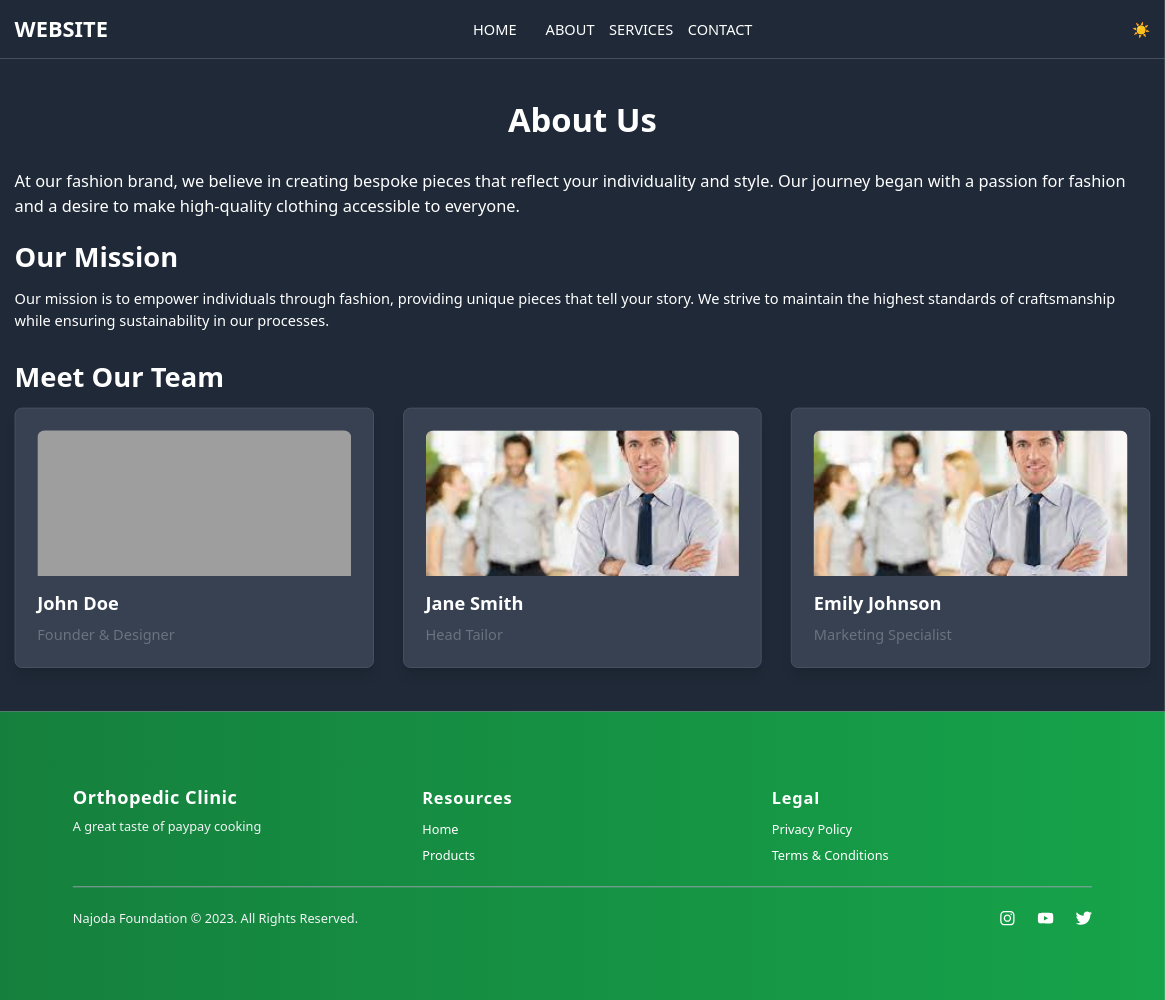
Repository: countaustin1990/file-C-Users-user-Documents-Final-20Cart
Page: /about (app in Documents/BXXXN/my-app/)
An editor plug-in stored every save of this project. The page is shown before and after the next save, followed by the edit.
The browser window is 1280 px wide. The pictures show the whole page, at 91% of full size.
Pictures or frames that could not be fetched are drawn as grey boxes. The project was rebuilt for these pictures with package versions that can differ from the ones it lists, and the page was loaded fresh each time. Also part of the build but not shown: Documents/BXXXN/my-app/vite.config.js, Documents/BXXXN/my-app/src/components/folder/HeroSection.test.jsx, Documents/BXXXN/my-app/src/components/horizontalscroll/style.css, Documents/BXXXN/my-app/src/components/horizontalscroll/HorizontalScroll.jsx, Documents/BXXXN/my-app/src/pages/home/Home.test.jsx, Documents/BXXXN/my-app/src/pages/contact/Contact.jsx, Documents/BXXXN/my-app/src/pages/services/Services.test.jsx.

Above is the page before, as saved 2024-10-31 23:37:42.

### Documents/BXXXN/my-app/src/App.jsx
import { BrowserRouter as Router, Routes, Route } from 'react-router-dom';
import Navbar from './components/navbar/Navbar.pro';
import Home from './pages/home/Home.test';
import Footer from './components/footer/Footer';
import { useEffect, useState } from 'react';
import Contact from './pages/contact/Contact';
import About from './pages/about/About';
import Services from './pages/services/Services.test';

const App = () => {
  const [theme, setTheme] = useState('dark');

  // Toggle theme function
  const toggleTheme = () => {
    const newTheme = theme === 'light' ? 'dark' : 'light';
    setTheme(newTheme);
    localStorage.setItem('theme', newTheme);
  };

  useEffect(() => {
    const savedTheme = localStorage.getItem('theme');
    if (savedTheme) {
      setTheme(savedTheme);
    } else {
      setTheme('dark'); // Default to dark mode
    }
  }, []);

  return (
    <Router>
      <Navbar toggleTheme={toggleTheme} theme={theme} />
      <Routes>
        <Route path="/home" element={<Home theme={theme} />} /> {/* Pass theme prop to Home */}
        {/* Add more routes as needed */}
        <Route path="/about" element={<About theme={theme} />} />
        <Route path="/services" element={<Services theme={theme} />} />
        <Route path="/contact" element={<Contact theme={theme} />} />
      </Routes>
      <Footer />
    </Router>
  );
};

export default App;

### Documents/BXXXN/my-app/src/index.css
@tailwind base;
@tailwind components;
@tailwind utilities;

/* Global Styles */
.app {
  transition: background-color 0.3s ease-in-out;
}

/* Light and Dark Mode Styles */
.light-mode {
  background-color: #f0f0f0;
  color: #000;
}

.dark-mode {
  background-color: #1e1e1e;
  color: #fff;
}

/* Hero Section */
.hero {
  display: flex;
  justify-content: center;
  align-items: center;
  height: 70svh;
  text-align: center;
}

.hero-content h1 {
  font-size: 2.5rem;
  margin-bottom: 1rem;
}

.hero-content p {
  font-size: 1.2rem;
  margin-bottom: 1.5rem;
}

.cta-button {
  padding: 0.75rem 1.5rem;
  font-size: 1rem;
  background-color: rgb(22 163 74);

  color: white;
  border: none;
  cursor: pointer;
  border-radius: 5px;
}

.cta-button:hover {
  background-color: #22923c;
}

/* Toggle Switch Styles */
.switch {
  position: relative;
  display: inline-block;
  width: 60px;
  height: 34px;
  margin-top: 20px;
}

.switch input {
  opacity: 0;
  width: 0;
  height: 0;
}

.slider {
  position: absolute;
  cursor: pointer;
  top: 0;
  left: 0;
  right: 0;
  bottom: 0;
  background-color: #ccc;
  transition: 0.4s;
  border-radius: 34px;
}

.slider:before {
  position: absolute;
  content: "";
  height: 26px;
  width: 26px;
  border-radius: 50%;
  left: 4px;
  bottom: 4px;
  background-color: white;
  transition: 0.4s;
}

input:checked + .slider {
  background-color: #5494de;
}

input:checked + .slider:before {
  transform: translateX(26px);
}

/* Decoration (Additional Styling) */
.decoration {
  position: absolute;
  right: 10px;
  top: 5px;
  width: 8px;
  height: 8px;
  background-color: yellow;
  border-radius: 50%;
  box-shadow: 0 0 5px 2px yellow;
}

### Documents/BXXXN/my-app/src/components/navbar/Navbar.pro.jsx
import PropTypes from 'prop-types';
import { useState } from 'react';
import { Link } from 'react-router-dom';

const Navbar = ({ theme, toggleTheme }) => {
  const [isMenuOpen, setIsMenuOpen] = useState(false);

  const handleMenuToggle = () => {
    setIsMenuOpen(!isMenuOpen);
  };

  return (
    <nav className={`navbar ${theme === 'light' ? 'bg-white text-black' : 'bg-gray-800 text-white'} transition-colors duration-300`}>
      <div className="container mx-auto flex justify-between items-center p-4">
        {/* Website Name */}
        <h1 className="text-2xl font-bold uppercase">Website</h1>

        {/* Links for Desktop */}
        <ul className="hidden md:flex space-x-4 uppercase">
          <li><Link to="home" className="hover:underline">Home</Link></li>
          <li><Link to="about" className="hover:underline">About</Link></li>
          <li><Link to="services" className="hover:underline">Services</Link></li>
          <li><Link to="contact" className="hover:underline">Contact</Link></li>
        </ul>

        {/* Theme Toggle Button */}
        <button onClick={toggleTheme} className="ml-4 toggle-theme" aria-label={`Switch to ${theme === 'light' ? 'dark' : 'light'} mode`}>
          {theme === 'light' ? '🌙' : '☀️'}
        </button>

        {/* Mobile Menu Button */}
        <button
          onClick={handleMenuToggle}
          className="block md:hidden focus:outline-none ml-4"
          aria-label="Toggle menu"
        >
          {isMenuOpen ? '✖' : '☰'} {/* Menu icon changes when clicked */}
        </button>
      </div>

      {/* Links for Mobile */}
      {isMenuOpen && (
        <ul className={`md:hidden p-4 space-y-2 ${theme === 'light' ? 'bg-white text-black' : 'bg-gray-800 text-white'}`}>
          <li><Link to="home" className="block">Home</Link></li>
          <li><Link to="about" className="block">About</Link></li>
          <li><Link to="services" className="block">Services</Link></li>
          <li><Link to="contact" className="block">Contact</Link></li>
        </ul>
      )}
    </nav>
  );
};

Navbar.propTypes = {
  theme: PropTypes.string.isRequired,
  toggleTheme: PropTypes.func.isRequired,
};

export default Navbar;

### Documents/BXXXN/my-app/src/components/footer/Footer.jsx
import { Link } from "react-router-dom";
import { FaYoutube, FaTwitter, FaInstagram } from "react-icons/fa";



const Footer = () => {
  const scrollToTop = () => {
    window.scrollTo({
      top: 0,
      behavior: 'smooth', // Smooth scroll
    });
  };
  return (
    <footer className="bg-gradient-to-r from-green-700 to-green-600 text-white p-16">
      <div className="w-full max-w-full p-4">
        <div className="grid grid-cols-1 md:grid-cols-3 gap-8">
          <div>
            <Link to="/" className="flex items-center space-x-5"  onClick={scrollToTop}>
              {/* Add Logo if necessary */}
              <span className="text-xl font-bold capitalize tracking-wide">
                Orthopedic Clinic
              </span>
            </Link>
            <p className="mt-2 text-sm text-gray-100">
              A great taste of paypay cooking
            </p>
          </div>

          <div>
            <h2 className="mb-3 text-lg font-semibold tracking-wider">
              Resources
            </h2>
            <ul className="space-y-2 text-sm">
              <li>
                <Link to="/" className="hover:text-gray-100 transition duration-300"  onClick={scrollToTop}>Home</Link>
              </li>
              <li>
                <Link to="/products" className="hover:text-gray-100 transition duration-300"  onClick={scrollToTop}>Products</Link>
              </li>
              {/*<li>
                <Link to="/services" className="hover:text-gray-100 transition duration-300">Services</Link>
              </li>
              <li>
                <Link to="/contact" className="hover:text-gray-100 transition duration-300">Contact</Link>
              </li>
              <li>
                <Link to="/blog" className="hover:text-gray-100 transition duration-300">Blog</Link>
              </li>*/}
            </ul>
          </div>

          <div>
            <h2 className="mb-3 text-lg font-semibold tracking-wider">
              Legal
            </h2>
            <ul className="space-y-2 text-sm">
              <li>
                <Link to="/privacy-policy" className="hover:text-gray-100 transition duration-300">Privacy Policy</Link>
              </li>
              <li>
                <Link to="/terms-conditions" className="hover:text-gray-100 transition duration-300">Terms & Conditions</Link>
              </li>
            </ul>
          </div>
        </div>

        <hr className="my-6 border-gray-400" />

        <div className="flex justify-between items-center">
          <span className="text-sm text-gray-100">
            Najoda Foundation © 2023. All Rights Reserved.
          </span>
          <div className="flex space-x-6">
            <a
              href="https://instagram.com"
              className="hover:text-white transition duration-300"
              target="_blank"
              rel="noopener noreferrer"
            >
              <FaInstagram size={18} />
              <span className="sr-only">Instagram</span>
            </a>
            <a
              href="https://youtube.com"
              className="hover:text-white transition duration-300"
              target="_blank"
              rel="noopener noreferrer"
            >
              <FaYoutube size={18} />
              <span className="sr-only">YouTube</span>
            </a>
            <a
              href="https://twitter.com"
              className="hover:text-white transition duration-300"
              target="_blank"
              rel="noopener noreferrer"
            >
              <FaTwitter size={18} />
              <span className="sr-only">Twitter</span>
            </a>
          </div>
        </div>
      </div>
    </footer>
  );
};

export default Footer;

### Documents/BXXXN/my-app/src/pages/about/About.jsx
import PropTypes from 'prop-types';
import TeamMember1 from '../../assets/TeamMember1.webp'; // Adjust paths based on your project structure
import TeamMember2 from '../../assets/teammember3.jpeg';
import TeamMember3 from '../../assets/TeamMember3.jpeg';

const About = ({ theme }) => {
  const teamMembers = [
    {
      name: 'John Doe',
      role: 'Founder & Designer',
      imageUrl: TeamMember1,
    },
    {
      name: 'Jane Smith',
      role: 'Head Tailor',
      imageUrl: TeamMember2,
    },
    {
      name: 'Emily Johnson',
      role: 'Marketing Specialist',
      imageUrl: TeamMember3,
    },
  ];

  return (
    <div className={`container-fluid py-12 px-4 ${theme === 'light' ? 'bg-white text-gray-800' : 'bg-gray-800 text-white'}`}>
      <h1 className="text-4xl font-bold text-center mb-8">About Us</h1>
      <p className="text-lg mb-6">
        At our fashion brand, we believe in creating bespoke pieces that reflect your individuality and style. Our journey began with a passion for fashion and a desire to make high-quality clothing accessible to everyone.
      </p>
      <h2 className="text-3xl font-semibold mb-4">Our Mission</h2>
      <p className="mb-8">
        Our mission is to empower individuals through fashion, providing unique pieces that tell your story. We strive to maintain the highest standards of craftsmanship while ensuring sustainability in our processes.
      </p>
      <h2 className="text-3xl font-semibold mb-4">Meet Our Team</h2>
      <div className="grid grid-cols-1 md:grid-cols-2 lg:grid-cols-3 gap-8">
        {teamMembers.map((member, index) => (
          <div key={index} className={`p-6 shadow-lg rounded-lg transition-transform transform hover:scale-105 ${theme === 'light' ? 'bg-white border border-gray-300' : 'bg-gray-700 border border-gray-600'}`}>
            <img src={member.imageUrl} alt={member.name} className="w-full h-40 object-cover rounded-t-lg mb-4" />
            <h3 className="text-xl font-semibold mb-2">{member.name}</h3>
            <p className="text-gray-500">{member.role}</p>
          </div>
        ))}
      </div>
    </div>
  );
};

// PropTypes validation
About.propTypes = {
  theme: PropTypes.string.isRequired,
};

export default About;

### Documents/BXXXN/my-app/src/components/folder/style.css
/* style.css */
.app.dark-mode {
  background-color: #1a1a2e;
  color: #fff;
}

.app.light-mode {
  background-color: #f4f4f9;
  color: #333;
}

.hero-content h1 {
  font-size: 3rem;
}

.cta-button {
  padding: 0.5rem 2rem;
  background-color: #15983e;
  color: white;
  border: none;
  border-radius: 0.25rem;
  cursor: pointer;
}

.cta-button:hover {
  background-color: #157b3c;
}

/* Dark/Light Mode Toggle Styles */
.switch {
  position: relative;
  display: inline-block;
  width: 60px;
  height: 34px;
}

.switch input {
  opacity: 0;
  width: 0;
  height: 0;
}

.slider {
  position: absolute;
  top: 0;
  left: 0;
  right: 0;
  bottom: 0;
  background-color: #ccc;
  border-radius: 34px;
}

.slider:before {
  position: absolute;
  content: "";
  height: 26px;
  width: 26px;
  left: 4px;
  bottom: 4px;
  background-color: white;
  border-radius: 50%;
  transition: 0.4s;
}

input:checked + .slider {
  background-color: #2196F3;
}

input:checked + .slider:before {
  transform: translateX(26px);
}

/* Additional Styles */
.flex {
  display: flex;
}

.space-x-4 > *:not(:last-child) {
  margin-right: 1rem;
}

Loaded but not shown: Documents/BXXXN/my-app/index.html (common file); Documents/BXXXN/my-app/src/main.jsx (common file); Documents/BXXXN/my-app/tailwind.config.js (common file)

After the next save:
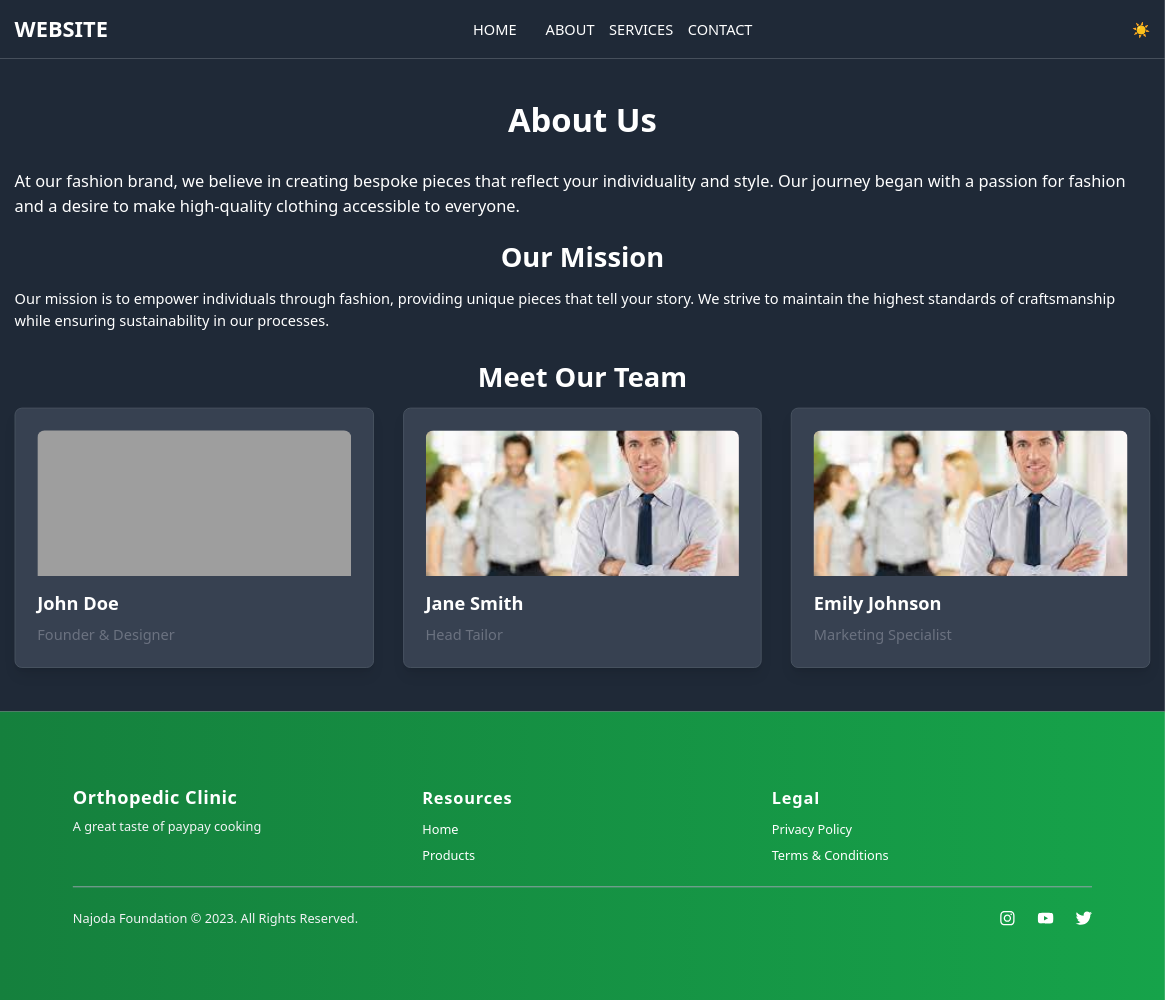
Saved 50 s later.
--- a/Documents/BXXXN/my-app/src/pages/about/About.jsx
+++ b/Documents/BXXXN/my-app/src/pages/about/About.jsx
@@ -28,11 +28,11 @@ const About = ({ theme }) => {
       <p className="text-lg mb-6">
         At our fashion brand, we believe in creating bespoke pieces that reflect your individuality and style. Our journey began with a passion for fashion and a desire to make high-quality clothing accessible to everyone.
       </p>
-      <h2 className="text-3xl font-semibold mb-4">Our Mission</h2>
+      <h2 className="text-3xl font-semibold mb-4 text-center">Our Mission</h2>
       <p className="mb-8">
         Our mission is to empower individuals through fashion, providing unique pieces that tell your story. We strive to maintain the highest standards of craftsmanship while ensuring sustainability in our processes.
       </p>
-      <h2 className="text-3xl font-semibold mb-4">Meet Our Team</h2>
+      <h2 className="text-3xl font-semibold mb-4 text-center">Meet Our Team</h2>
       <div className="grid grid-cols-1 md:grid-cols-2 lg:grid-cols-3 gap-8">
         {teamMembers.map((member, index) => (
           <div key={index} className={`p-6 shadow-lg rounded-lg transition-transform transform hover:scale-105 ${theme === 'light' ? 'bg-white border border-gray-300' : 'bg-gray-700 border border-gray-600'}`}>
